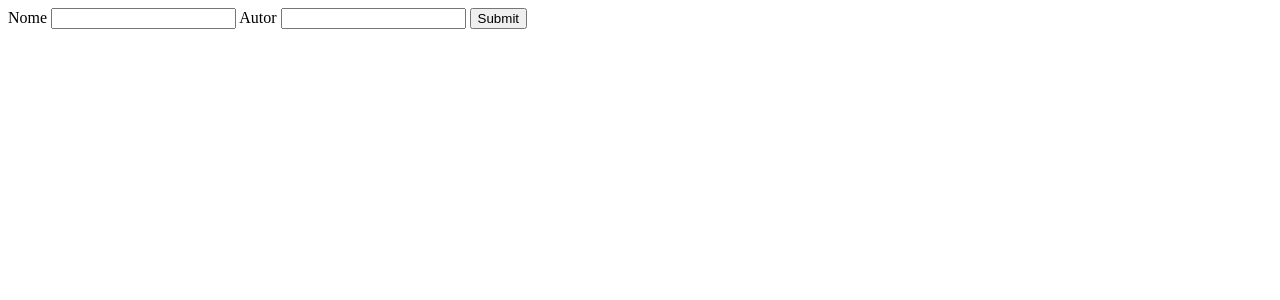
Repository: LucasMontalvao/PHPDACS2020
Page: projeto/formulario.html
The author's editor kept a record of every edit. The page is drawn from the files as they stood at one moment, then again after the next edit.
The browser window is 1280 px wide. The pictures show the whole page.

Above is the page before.

After the next edit:
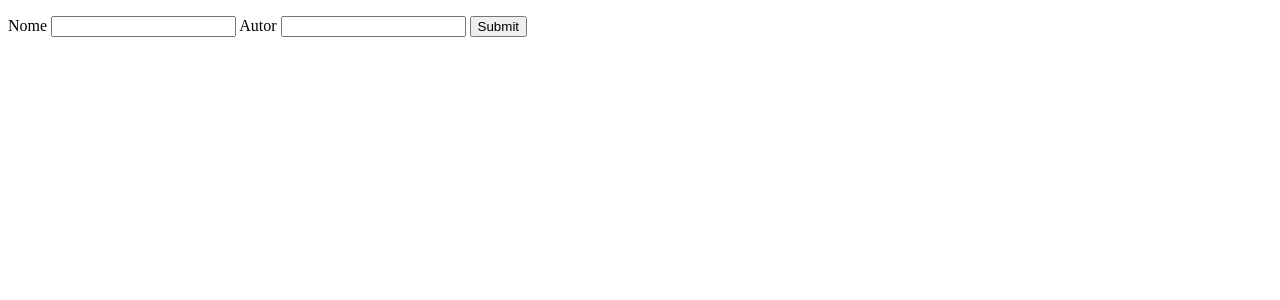
The edit:
--- a/projeto/formulario.html
+++ b/projeto/formulario.html
@@ -5,6 +5,7 @@
     </head>
     <body>
         <form>
+        <p>
             <label for="">Nome</label>
             <input type="text" name="nome"/>
 
